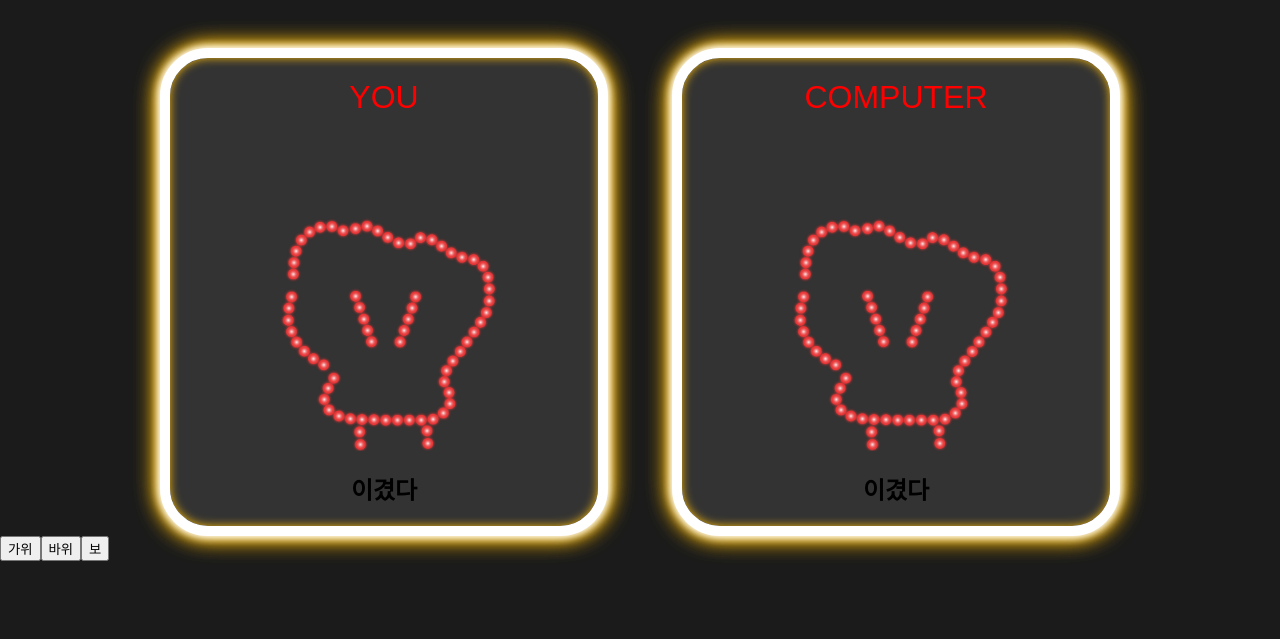
Repository: KIMMIHYE12/classComponent
Page: /
An editor plug-in stored every save of this project. The page is shown before and after a run of saves, followed by the edit.
The browser window is 1280 px wide. The pictures show the whole page.
Some web fonts or font styles are not loaded; a fallback is used. The project was rebuilt for these pictures with package versions that can differ from the ones it lists, and the page was loaded fresh each time.

Above is the page before, as saved 2024-03-18 21:14:56.

After the next 2 saves:
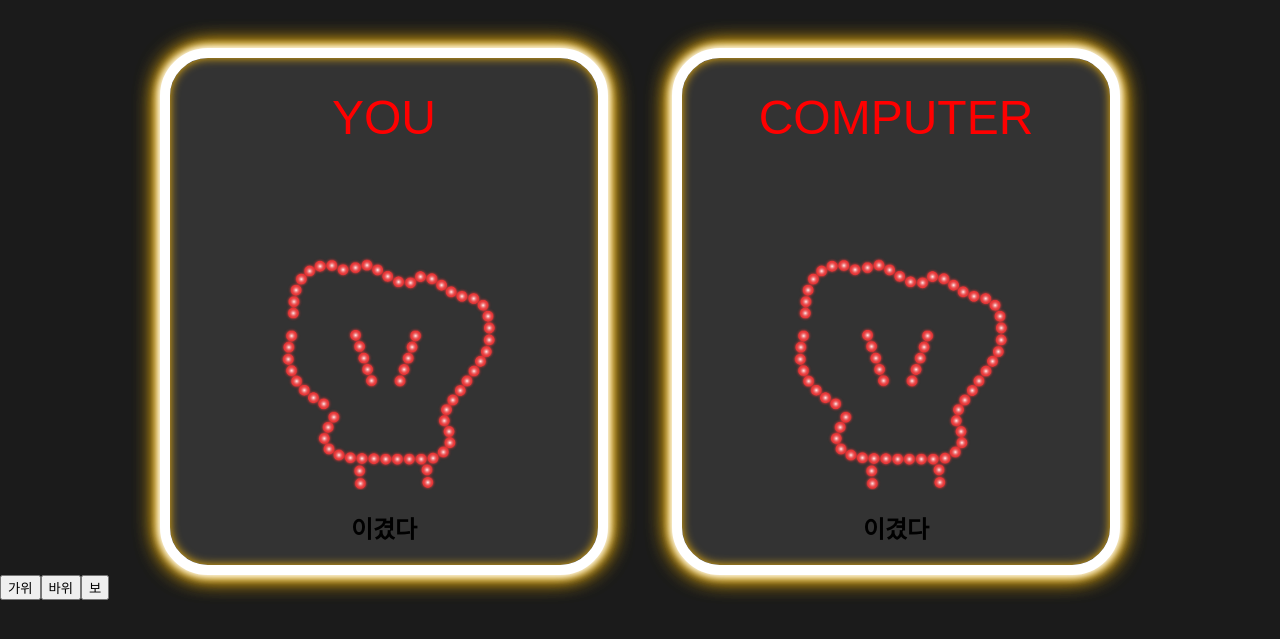
The 2 saves are shown as one change because they came seconds apart.
The last was saved 25 s later.
--- a/src/App.css
+++ b/src/App.css
@@ -27,6 +27,7 @@
     0 0 24px #f5b70c, inset 0 0 10px #f5b70c;
 }
 h1 {
+  font-size: 3em;
   color: red;
   font-family: "gloridot", sans-serif;
   font-weight: 400;
